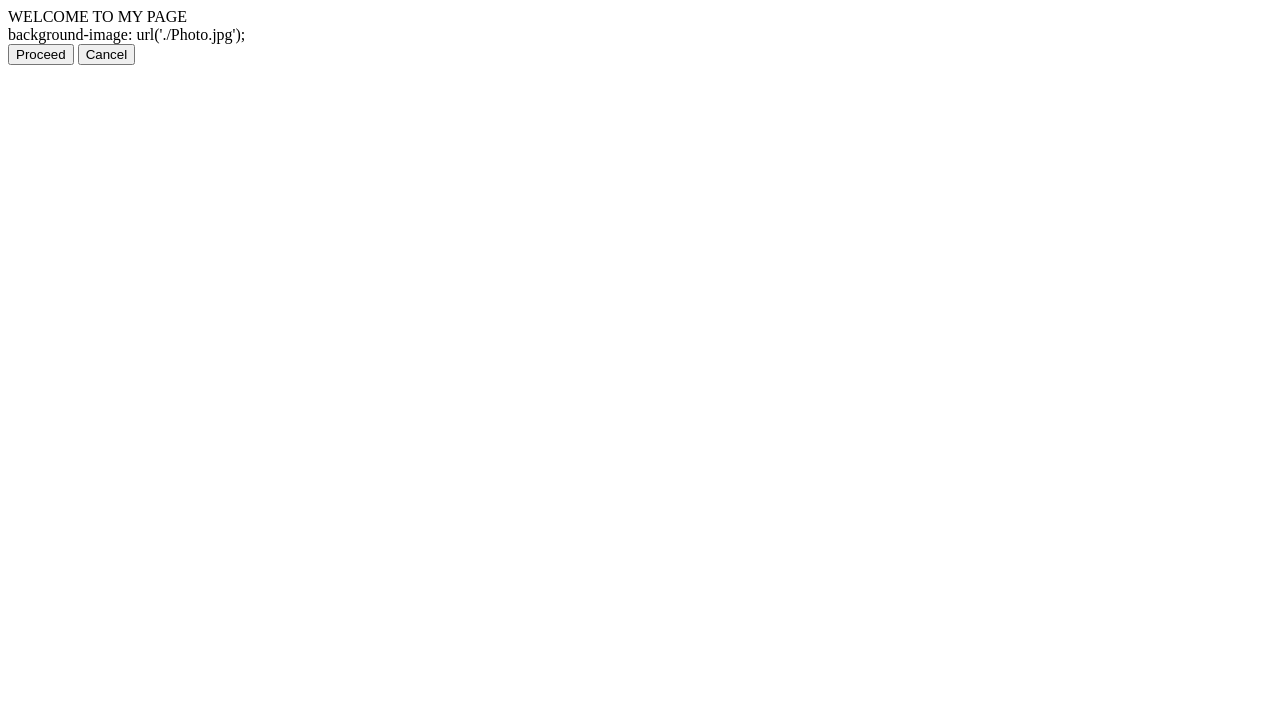
Repository: ROSHNA-301174285/MyFirstRepo
Page: main.html
The author's editor kept a copy of each file at every save. The page is drawn from the files as they stood at one save, then again after the next save.
The browser window is 1280 px wide. The pictures show the whole page.

Above is the page before, as saved 2021-05-19 23:55:27.

### main.html
<!DOCTYPE html>
<html lang="en">
<head>
    <meta charset="UTF-8">
    <meta http-equiv="X-UA-Compatible" content="IE=edge">
    <meta name="viewport" content="width=device-width, initial-scale=1.0">
    <title>Roshna Rose Raju</title>
<head>WELCOME TO MY PAGE</head>
<body>
    <script type = "text/javascript" src = "info.js" ></script>
    <br />
    background-image: url('./Photo.jpg');
    <br />
    <input type = "button" onclick = "onClickProceed()" value = "Proceed" />
    <input type = "button" onclick = "onClickCancel()" value = "Cancel" />
</body>
</html>

### info.js
function onClickProceed() {
    document.write("I am Roshna Rose Raju (301174285) enrolled in Software Engineering technology Fastrack program. I am from India.");
}

function onClickCancel() {
    alert("Thank You. Have a great day...!!!");
}

After the next save:
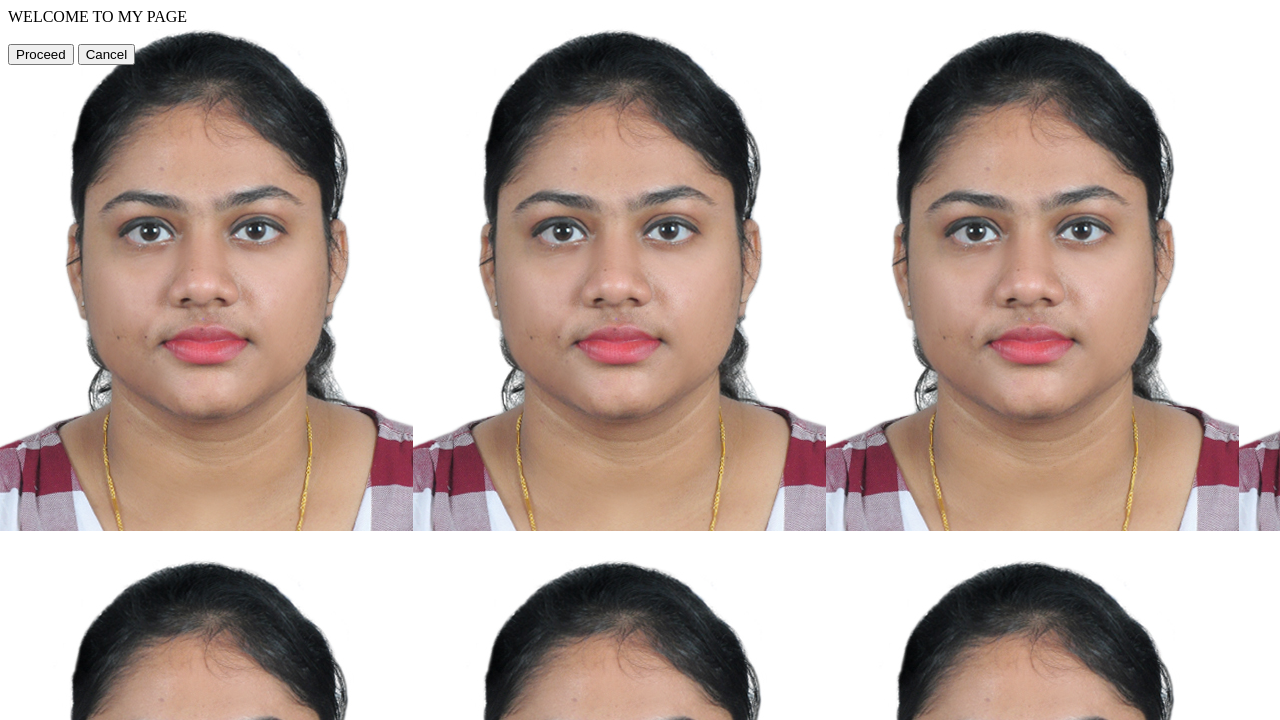
Saved 46 s later.
--- a/main.html
+++ b/main.html
@@ -9,7 +9,11 @@
 <body>
     <script type = "text/javascript" src = "info.js" ></script>
     <br />
-    background-image: url('./Photo.jpg');
+    <style>
+        body{
+            background-image: url('./Photo.jpg');
+        }
+    </style>
     <br />
     <input type = "button" onclick = "onClickProceed()" value = "Proceed" />
     <input type = "button" onclick = "onClickCancel()" value = "Cancel" />
